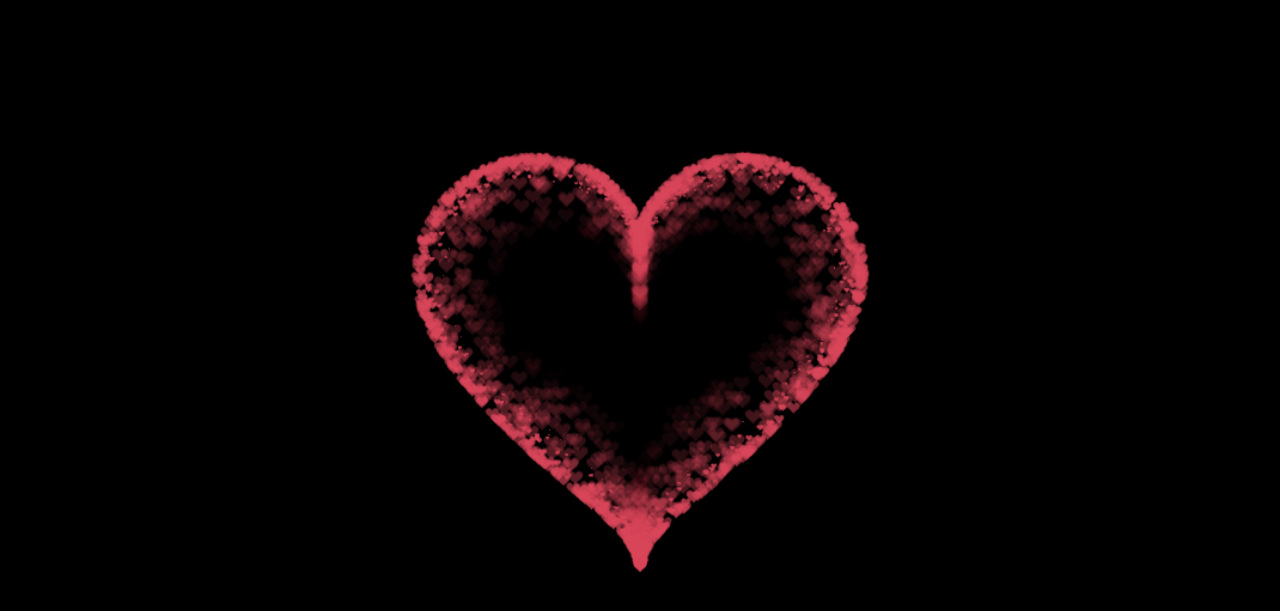
Repository: Mannj-nef/Heart-beat
Page: index.html
These files come from the project's save history. The page is drawn as it stood at one moment and after the next save; the edit follows.
The browser window is 1280 px wide. The pictures show the whole page.

Above is the page before, as saved 2022-11-08 12:09:17.

### index.html
<!DOCTYPE html PUBLIC "-//W3C//DTD HTML 4.0 Transitional//EN">
<html>
  <head>
    <title>Heart</title>
    <meta name="Generator" content="EditPlus" />
    <meta name="Author" content="" />
    <meta name="Keywords" content="" />
    <meta name="Description" content="" />
    <link rel="stylesheet" href="./style.css" />
  </head>

  <body>
    <div class="box">
      <canvas id="pinkboard"> </canvas>
      <!-- <div class="text">love</div> -->
    </div>
    <script src="./index.js"></script>
  </body>
</html>

### style.css
html,
body {
  height: 100%;
  padding: 0;
  margin: 0;
  background: rgb(0, 0, 0);
  display: flex;
  justify-content: center;
  align-items: center;
}

.box {
  width: 100%;
  position: absolute;
  top: 50%;
  left: 50%;
  transform: translate(-50%, -50%);
  display: flex;
  flex-direction: column;
}

canvas {
  position: absolute;
  width: 100%;
  height: 100%;
}

#pinkboard {
  position: relative;
  margin: auto;
  height: 500px;
  width: 500px;
  animation: animate 2s infinite;
}

#pinkboard:before,
#pinkboard:after {
  content: "";
  position: absolute;
  background: #d9475b;
  width: 100px;
  height: 160px;
  border-top-left-radius: 50px;
  border-top-right-radius: 50px;
}

#pinkboard:before {
  left: 100px;
  transform: rotate(-45deg);
  transform-origin: 0 100%;
  box-shadow: 0 14px 28px rgba(0, 0, 0, 0.25), 0 10px 10px rgba(0, 0, 0, 0.22);
}

#pinkboard:after {
  left: 0;
  transform: rotate(45deg);
  transform-origin: 100% 100%;
}

/* .text {
  background-color: rgb(0, 0, 0);
  width: 100%;
  color: rgb(217, 62, 93);
  height: 100%;
  font-size: 31px;
  font-style: italic;
  display: flex;
  align-items: center;
  justify-content: center;
  margin-bottom: 5px;
  text-align: center;
} */

@keyframes animate {
  0% {
    transform: scale(1);
  }

  60% {
    transform: scale(1.2);
  }

  100% {
    transform: scale(1);
  }
}

### index.js
var settings = {
  particles: {
    length: 2000, // maximum amount of particles
    duration: 1.45, // particle duration in sec
    velocity: 100, // particle velocity in pixels/sec
    effect: -1.85, // play with this for a nice effect
    size: 15, // particle size in pixels
  },
};
/*
 * RequestAnimationFrame polyfill by Erik Möller
 */
(function () {
  var b = 0;
  var c = ["ms", "moz", "webkit", "o"];
  for (var a = 0; a < c.length && !window.requestAnimationFrame; ++a) {
    window.requestAnimationFrame = window[c[a] + "RequestAnimationFrame"];
    window.cancelAnimationFrame =
      window[c[a] + "CancelAnimationFrame"] ||
      window[c[a] + "CancelRequestAnimationFrame"];
  }
  if (!window.requestAnimationFrame) {
    window.requestAnimationFrame = function (h, e) {
      var d = new Date().getTime();
      var f = Math.max(0, 16 - (d - b));
      var g = window.setTimeout(function () {
        h(d + f);
      }, f);
      b = d + f;
      return g;
    };
  }
  if (!window.cancelAnimationFrame) {
    window.cancelAnimationFrame = function (d) {
      clearTimeout(d);
    };
  }
})();
/*
 * Point class
 */
var Point = (function () {
  function Point(x, y) {
    this.x = typeof x !== "undefined" ? x : 0;
    this.y = typeof y !== "undefined" ? y : 0;
  }
  Point.prototype.clone = function () {
    return new Point(this.x, this.y);
  };
  Point.prototype.length = function (length) {
    if (typeof length == "undefined")
      return Math.sqrt(this.x * this.x + this.y * this.y);
    this.normalize();
    this.x *= length;
    this.y *= length;
    return this;
  };
  Point.prototype.normalize = function () {
    var length = this.length();
    this.x /= length;
    this.y /= length;
    return this;
  };
  return Point;
})();
/*
 * Particle class
 */
var Particle = (function () {
  function Particle() {
    this.position = new Point();
    this.velocity = new Point();
    this.acceleration = new Point();
    this.age = 0;
  }
  Particle.prototype.initialize = function (x, y, dx, dy) {
    this.position.x = x;
    this.position.y = y;
    this.velocity.x = dx;
    this.velocity.y = dy;
    this.acceleration.x = dx * settings.particles.effect;
    this.acceleration.y = dy * settings.particles.effect;
    this.age = 0;
  };
  Particle.prototype.update = function (deltaTime) {
    this.position.x += this.velocity.x * deltaTime;
    this.position.y += this.velocity.y * deltaTime;
    this.velocity.x += this.acceleration.x * deltaTime;
    this.velocity.y += this.acceleration.y * deltaTime;
    this.age += deltaTime;
  };
  Particle.prototype.draw = function (context, image) {
    function ease(t) {
      return --t * t * t + 1;
    }
    var size = image.width * ease(this.age / settings.particles.duration);
    context.globalAlpha = 1 - this.age / settings.particles.duration;
    context.drawImage(
      image,
      this.position.x - size / 2,
      this.position.y - size / 2,
      size,
      size
    );
  };
  return Particle;
})();
/*
 * ParticlePool class
 */
var ParticlePool = (function () {
  var particles,
    firstActive = 0,
    firstFree = 0,
    duration = settings.particles.duration;

  function ParticlePool(length) {
    // create and populate particle pool
    particles = new Array(length);
    for (var i = 0; i < particles.length; i++) particles[i] = new Particle();
  }
  ParticlePool.prototype.add = function (x, y, dx, dy) {
    particles[firstFree].initialize(x, y, dx, dy);

    // handle circular queue
    firstFree++;
    if (firstFree == particles.length) firstFree = 0;
    if (firstActive == firstFree) firstActive++;
    if (firstActive == particles.length) firstActive = 0;
  };
  ParticlePool.prototype.update = function (deltaTime) {
    var i;

    // update active particles
    if (firstActive < firstFree) {
      for (i = firstActive; i < firstFree; i++) particles[i].update(deltaTime);
    }
    if (firstFree < firstActive) {
      for (i = firstActive; i < particles.length; i++)
        particles[i].update(deltaTime);
      for (i = 0; i < firstFree; i++) particles[i].update(deltaTime);
    }

    // remove inactive particles
    while (particles[firstActive].age >= duration && firstActive != firstFree) {
      firstActive++;
      if (firstActive == particles.length) firstActive = 0;
    }
  };
  ParticlePool.prototype.draw = function (context, image) {
    // draw active particles
    if (firstActive < firstFree) {
      for (i = firstActive; i < firstFree; i++)
        particles[i].draw(context, image);
    }
    if (firstFree < firstActive) {
      for (i = firstActive; i < particles.length; i++)
        particles[i].draw(context, image);
      for (i = 0; i < firstFree; i++) particles[i].draw(context, image);
    }
  };
  return ParticlePool;
})();
/*
 * Putting it all together
 */
(function (canvas) {
  var context = canvas.getContext("2d"),
    particles = new ParticlePool(settings.particles.length),
    particleRate = settings.particles.length / settings.particles.duration, // particles/sec
    time;

  // get point on heart with -PI <= t <= PI
  function pointOnHeart(t) {
    return new Point(
      160 * Math.pow(Math.sin(t), 3),
      130 * Math.cos(t) -
        50 * Math.cos(2 * t) -
        20 * Math.cos(3 * t) -
        10 * Math.cos(4 * t) +
        25
    );
  }

  // creating the particle image using a dummy canvas
  var image = (function () {
    var canvas = document.createElement("canvas"),
      context = canvas.getContext("2d");
    canvas.width = settings.particles.size;
    canvas.height = settings.particles.size;
    // helper function to create the path
    function to(t) {
      var point = pointOnHeart(t);
      point.x =
        settings.particles.size / 2 + (point.x * settings.particles.size) / 350;
      point.y =
        settings.particles.size / 2 - (point.y * settings.particles.size) / 350;
      return point;
    }
    // create the path
    context.beginPath();
    var t = -Math.PI;
    var point = to(t);
    context.moveTo(point.x, point.y);
    while (t < Math.PI) {
      t += 0.01; // baby steps!
      point = to(t);
      context.lineTo(point.x, point.y);
    }
    context.closePath();
    // create the fill
    context.fillStyle = "#d9475b";
    context.fill();
    // create the image
    var image = new Image();
    image.src = canvas.toDataURL();
    return image;
  })();

  // render that thing!
  function render() {
    // next animation frame
    requestAnimationFrame(render);

    // update time
    var newTime = new Date().getTime() / 1000,
      deltaTime = newTime - (time || newTime);
    time = newTime;

    // clear canvas
    context.clearRect(0, 0, canvas.width, canvas.height);

    // create new particles
    var amount = particleRate * deltaTime;
    for (var i = 0; i < amount; i++) {
      var pos = pointOnHeart(Math.PI - 2 * Math.PI * Math.random());
      var dir = pos.clone().length(settings.particles.velocity);
      particles.add(
        canvas.width / 2 + pos.x,
        canvas.height / 2 - pos.y,
        dir.x,
        -dir.y
      );
    }

    // update and draw particles
    particles.update(deltaTime);
    particles.draw(context, image);
  }

  // handle (re-)sizing of the canvas
  function onResize() {
    canvas.width = canvas.clientWidth;
    canvas.height = canvas.clientHeight;
  }
  window.onresize = onResize;

  // delay rendering bootstrap
  setTimeout(function () {
    onResize();
    render();
  }, 10);
})(document.getElementById("pinkboard"));

After the next save:
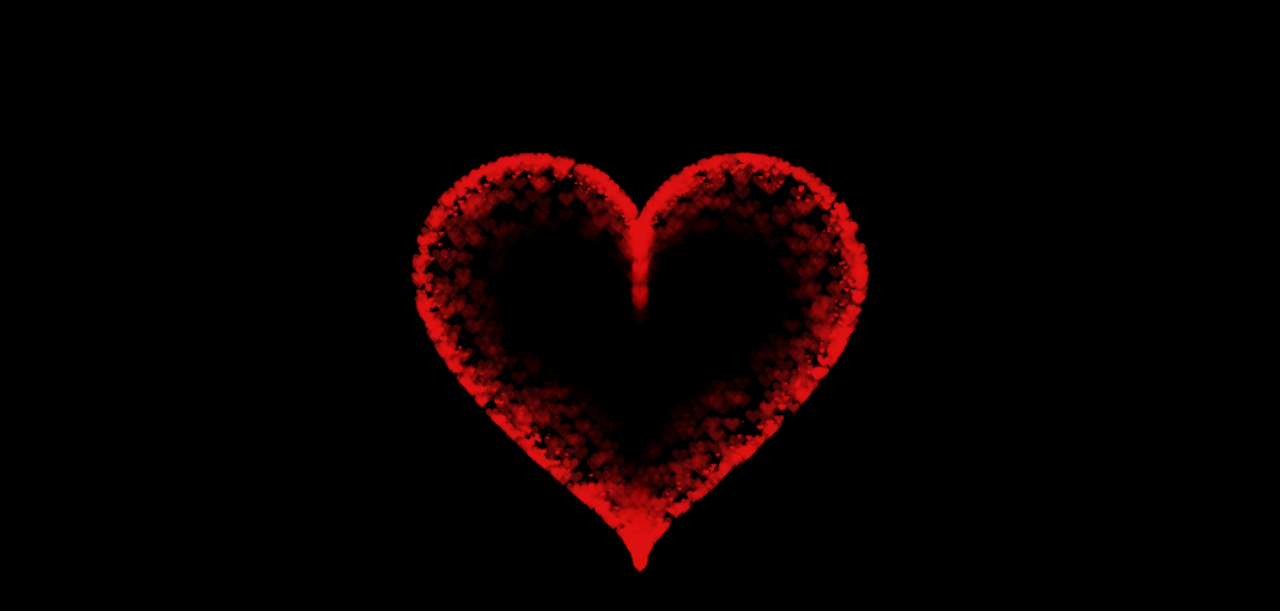
Saved 3 min 16 s later.
--- a/index.js
+++ b/index.js
@@ -209,7 +209,7 @@ var ParticlePool = (function () {
     }
     context.closePath();
     // create the fill
-    context.fillStyle = "#d9475b";
+    context.fillStyle = "#DE1414";
     context.fill();
     // create the image
     var image = new Image();
